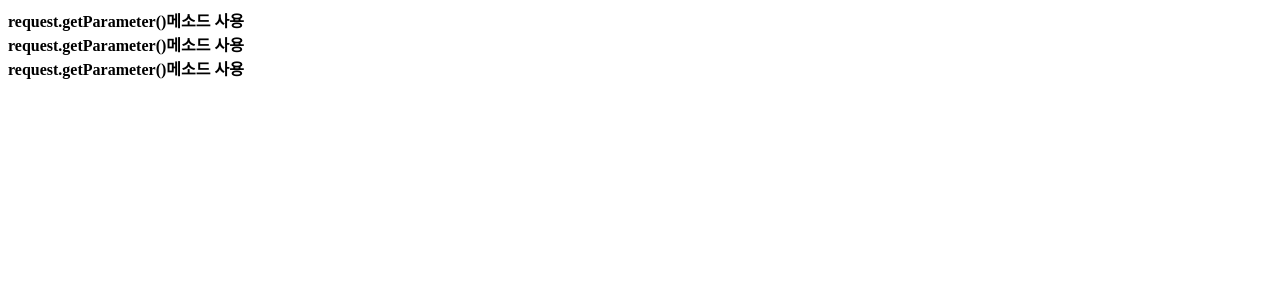
Repository: sgnq008-tech/JSP
Page: http://localhost/WebProject/implicit/viewParameter.jsp
The author's editor kept a copy of each file at every save. The page is drawn from the files as they stood at one save, then again after the next save.
The browser window is 1280 px wide. The pictures show the whole page.
The page is served by Tomcat 9. Other server files are loaded and not shown.

Above is the page before, as saved 2026-09-10 07:08:43.

### jsp_workspace/WebProject/src/main/webapp/implicit/viewParameter.jsp
<%@ page language="java" contentType="text/html; charset=UTF-8"
    pageEncoding="UTF-8"%>
    <%@ page isErrorPage="true" %>
 <%
    request.setCharacterEncoding("utf-8");
 %>
<!DOCTYPE html>
<html>
<head>
<meta charset="UTF-8">
<title>요청 파라미터 출력</title>
</head>
<body>
<b> request.getParameter()메소드 사용</b><br>

<b> request.getParameter()메소드 사용</b><br>

<b> request.getParameter()메소드 사용</b><br>

</body>
</html>

After the next save:
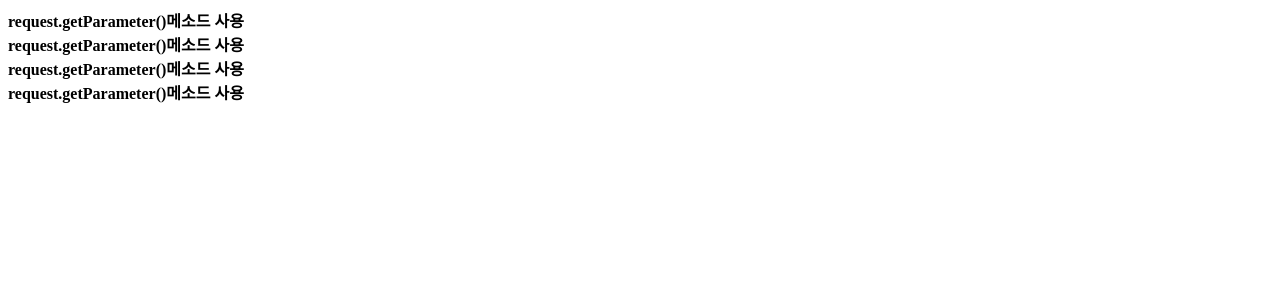
Saved 5 s later.
--- a/jsp_workspace/WebProject/src/main/webapp/implicit/viewParameter.jsp
+++ b/jsp_workspace/WebProject/src/main/webapp/implicit/viewParameter.jsp
@@ -17,5 +17,8 @@
 
 <b> request.getParameter()메소드 사용</b><br>
 
+<b> request.getParameter()메소드 사용</b><br>
+
+
 </body>
 </html>
